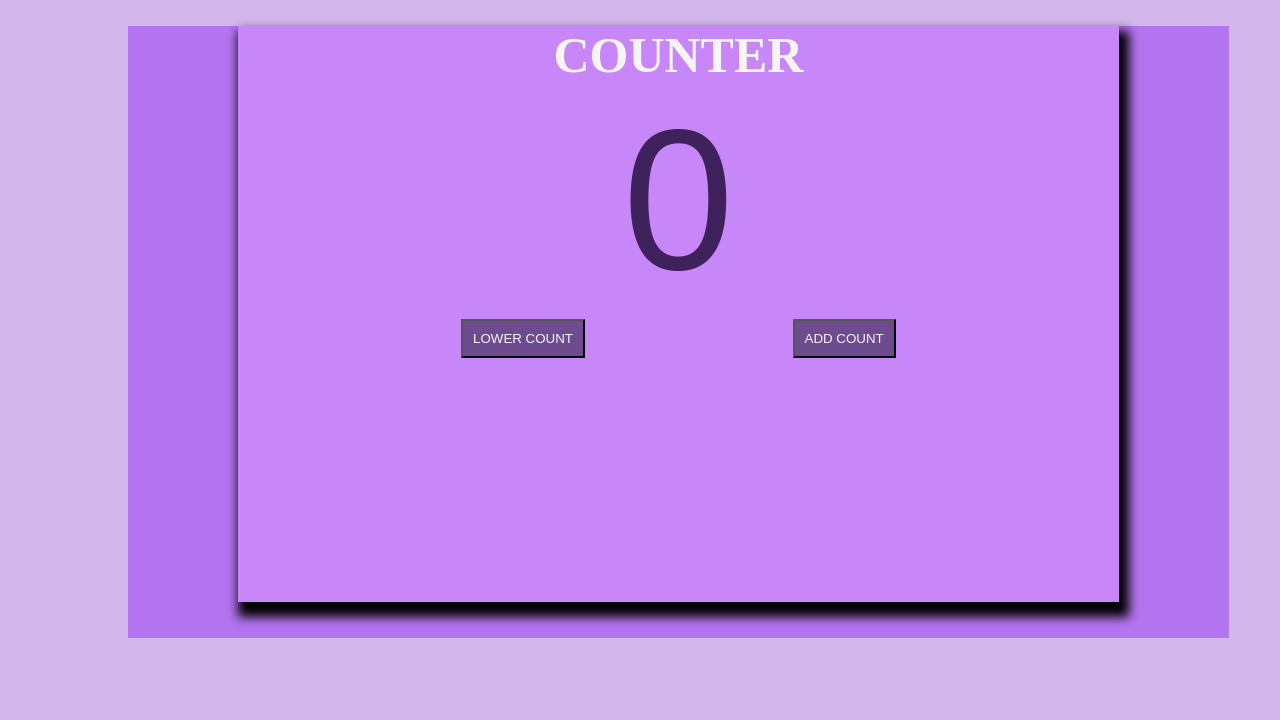
Repository: AnahitKhechumyan/Counter
Page: index.html
These files come from the project's save history. The page is drawn as it stood at one moment and after the next save; the edit follows.
The browser window is 1280 px wide. The pictures show the whole page.

Above is the page before, as saved 2022-02-14 21:26:38.

After the next save:
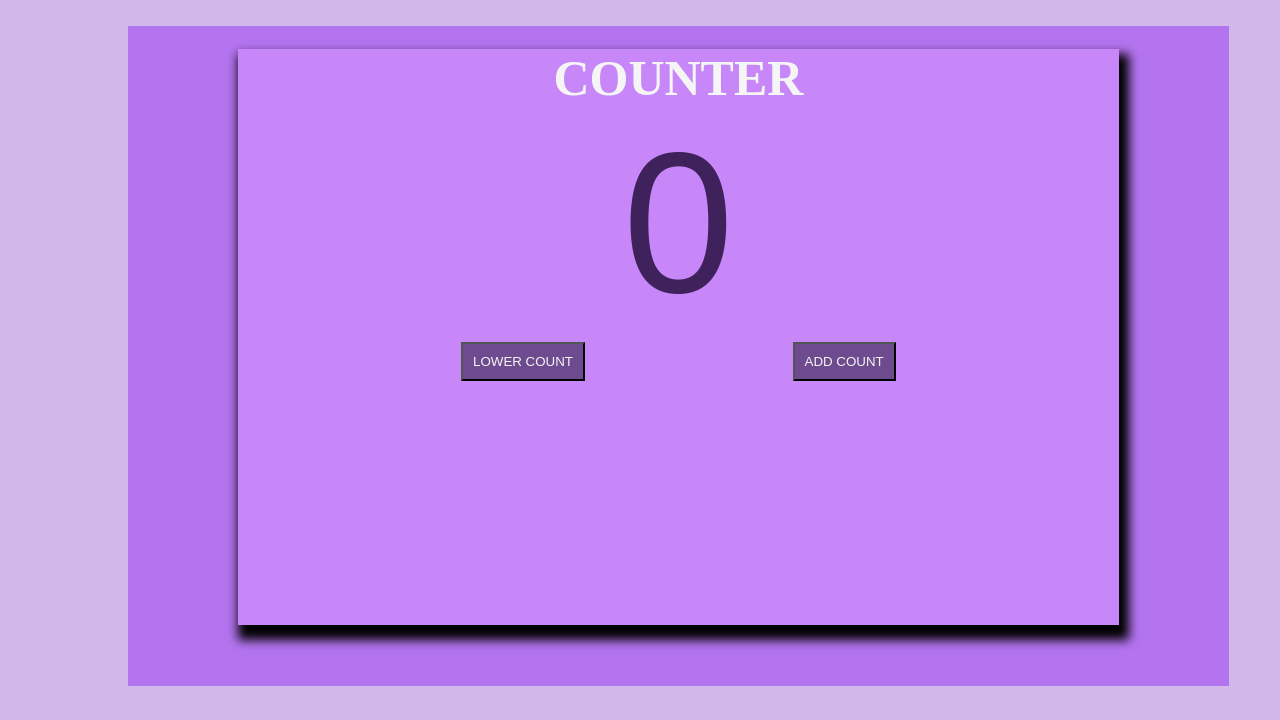
Saved 43 s later.
--- a/style.css
+++ b/style.css
@@ -5,8 +5,9 @@ body{
 .container{
     background-color: rgb(180, 116, 240);
     width: 86%;
-    height: 85vh;
+    height: 90vh;
     margin: 2% 10%;
+    padding-top: 1%;
 
 }
 .main{
